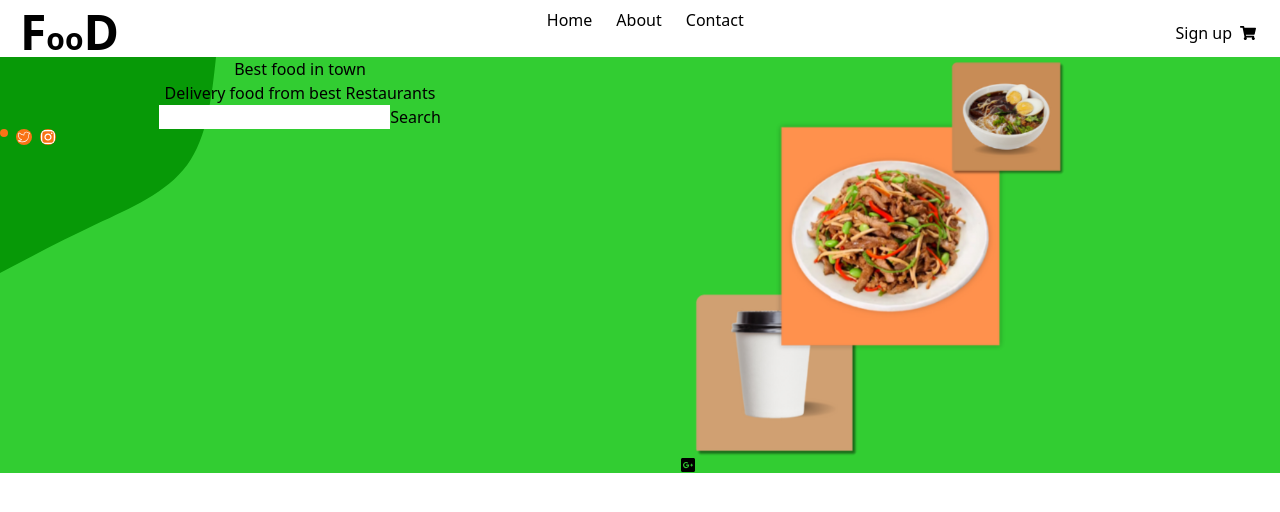
Repository: KhushiCode14/FoodWeb
Page: /
These files come from the project's save history. The page is drawn as it stood at one moment and after the next save; the edit follows.
The browser window is 1280 px wide. The pictures show the whole page.
The project was rebuilt for these pictures with package versions that can differ from the ones it lists, and the page was loaded fresh each time. Also part of the build but not shown: src/components/Home/SignUp.tsx, src/components/Home/SignIn.tsx.

Above is the page before, as saved 2024-09-19 19:56:22.

### src/index.css
@tailwind base;
@tailwind components;
@tailwind utilities;

.bgBack{
  background-image: url(../src/components/images/background.svg);
}

### src/App.tsx
import { Route, BrowserRouter as Router, Routes ,  } from 'react-router-dom';
import './App.css';
import Navbar from './Pages/Navbar';
import Home from './Pages/Home';
import SignUp from './components/Home/SignUp';
import SignIn from './components/Home/SignIn';

function App() {
  return (
    <div className="App">
      <Router>
        <Navbar/>
      <Routes>
        <Route  path="/" element={<Home/>} />
        <Route  path="/signUp" element={<SignUp/>} />
        <Route  path="/signIn" element={<SignIn/>} />
        {/* <Route  path="/about" element={About} />
        <Route  path="/contact" element={Contact} /> */}
        </Routes>
      </Router>

    </div>
  );
}

export default App;

### src/Pages/Navbar.tsx
import { NavLink } from "react-router-dom"
import { Link } from "react-router-dom"
import { FaShoppingCart } from "react-icons/fa";
import { FaCartPlus } from "react-icons/fa";
import { useState } from "react";
interface nav {
  to: string,
  linkName: string

}
const Navbar: React.FC = () => {
  const [sign, setSign] = useState<string>('Sign up');
  const [cart, setCart] = useState<JSX.Element>(<FaShoppingCart />);
  const navLink: nav[] = [
    { to: "/", linkName: "Home" },
    { to: "/about", linkName: "About" },
    { to: "/contact", linkName: "Contact" },
    // Add more links as needed
  ]
  const handleSign = () => {
    setSign(sign === 'Sign up'? 'Sign in' : 'Sign up');
  }
  const handleCart = () => {
    setCart(prevCart =>
      prevCart.type === FaShoppingCart ? <FaCartPlus /> : <FaShoppingCart />
    );
  };

  return (
    <div className="mx-5  mt-2 flex justify-between">
      <div className="font-bold text-3xl"><h1><span className=" text-5xl">F</span>oo<span className=" text-5xl">D</span></h1></div>
      <div>
        {
          navLink.map((link, index) => (
            <Link key={index} to={link.to} className="mx-3 hover:text-gray-800">
              {link.linkName}
            </Link>
          ))
        }
      </div>
      <div className="flex justify-center items-center">
        <button><NavLink to="/signUp" onClick={handleSign} className="m-1">{sign}</NavLink></button>

        <div onClick={handleCart}className="m-1" >
          {cart}
        </div>



      </div>
    </div>
  )
}

export default Navbar

### src/Pages/Home.tsx

import { FaFacebookF, FaGooglePlusSquare, FaInstagram, } from "react-icons/fa"
import { CiTwitter } from "react-icons/ci";
import food from "../components/images/food.png"
import { Link } from "react-router-dom";
const Home: React.FC = () => {
  return (

    <div className=" flex  gap-20 bgBack ">

      <div className="w-1/2">
        <h3>Best food in town</h3>
        <h1>Delivery food from best Restaurants</h1>
        <div>
          <input type="text"></input>
          <button>Search</button>
          <div className="flex gap-2  ">
            <Link to="/about"><FaFacebookF  size={2}className="bg-orange-500  text-black rounded-full font-extrabold  p-1"/>
            </Link>
            <Link to=""> < CiTwitter color="white" className="bg-orange-500 rounded-full" />
            </Link>
            <Link to="">  <FaInstagram color="white" className="bg-orange-500 rounded-full" />
            </Link>

          </div>
        </div>
      </div>
      <div className="w-1/2 items-center justify-center" >
        <img src={food} alt="logo" width={400} />
        <FaGooglePlusSquare />
      </div>
    </div>
  )
}

export default Home

Loaded but not shown: public/index.html (common file); src/index.tsx (common file); src/reportWebVitals.ts (common file); src/App.css (common file); tailwind.config.js (common file)

After the next save:
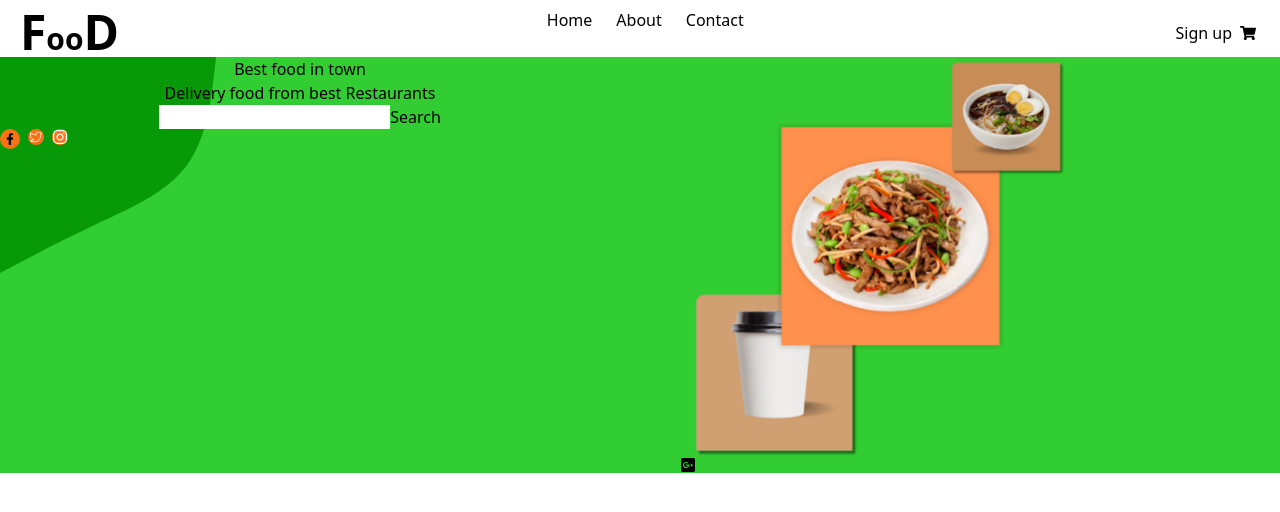
Saved 6 s later.
--- a/src/Pages/Home.tsx
+++ b/src/Pages/Home.tsx
@@ -15,7 +15,7 @@ const Home: React.FC = () => {
           <input type="text"></input>
           <button>Search</button>
           <div className="flex gap-2  ">
-            <Link to="/about"><FaFacebookF  size={2}className="bg-orange-500  text-black rounded-full font-extrabold  p-1"/>
+            <Link to="/about"><FaFacebookF  size={20}className="bg-orange-500  text-black rounded-full font-extrabold  p-1"/>
             </Link>
             <Link to=""> < CiTwitter color="white" className="bg-orange-500 rounded-full" />
             </Link>
